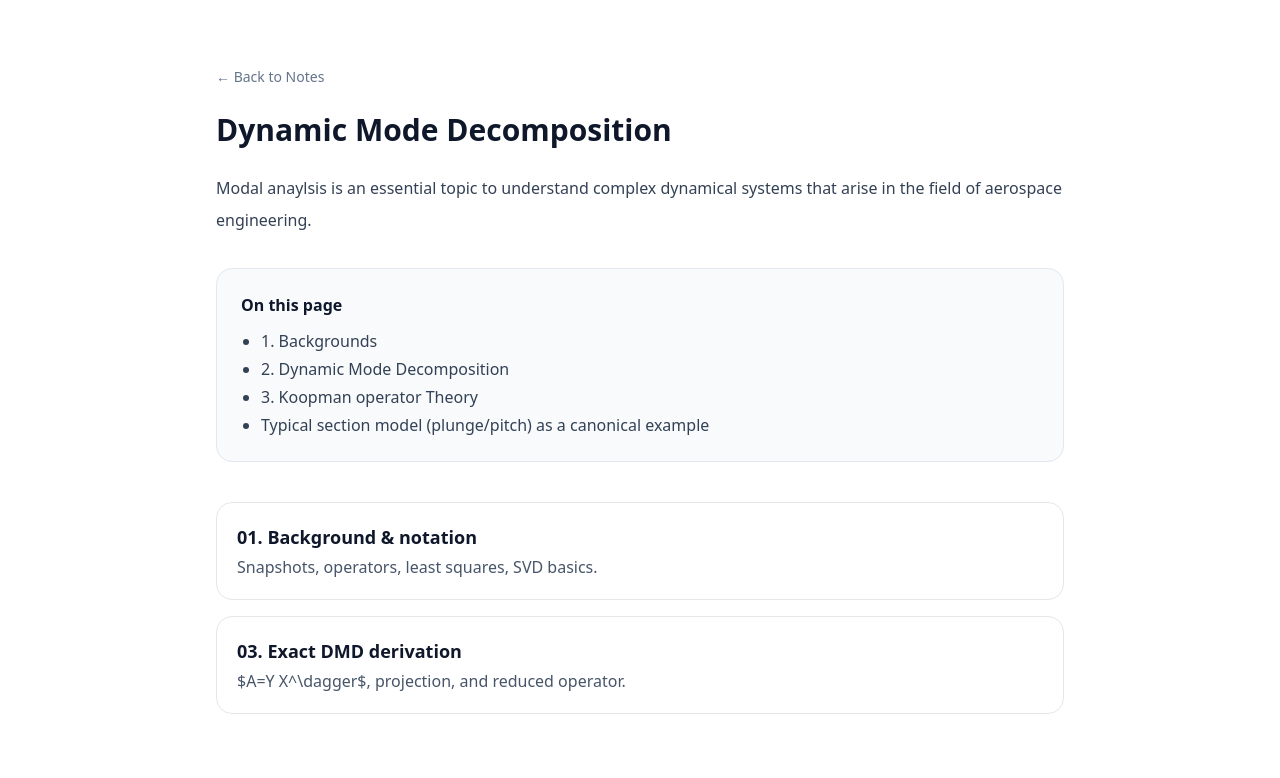
Repository: JWS625/JWS625.github.io
Page: notes/modal_analysis/index.html
These files come from the project's save history. The page is drawn as it stood at one moment and after the next save; the edit follows.
The browser window is 1280 px wide. The pictures show the whole page.
Some web libraries are served in a nearby version.

Above is the page before, as saved 2026-02-20 18:00:32.

### notes/modal_analysis/index.html
<!doctype html>
<html>
<head>
    <meta charset="utf-8">
    <meta name="viewport" content="width=device-width,initial-scale=1">
    <title>Modal Analysis | Research Notes</title>
    <script src="https://cdn.tailwindcss.com"></script>
</head>
<body class="bg-white text-slate-900">
<div class="max-w-4xl mx-auto px-6 py-16">

  <a href="../index.html" class="text-sm text-slate-500 hover:text-black">← Back to Notes</a>

  <h1 class="text-3xl font-semibold mt-6">Dynamic Mode Decomposition</h1>
  <p class="mt-6 leading-8 text-slate-700">
    Modal anaylsis is an essential topic to understand complex dynamical systems that arise in the field of aerospace
    engineering.
    </p>

    <!-- Quick outline -->
    <div class="mt-8 rounded-2xl border border-slate-200 p-6 bg-slate-50">
      <p class="font-semibold">On this page</p>
      <ul class="mt-3 list-disc pl-5 text-slate-700 space-y-1">
        <li>1. Backgrounds</li>
        <li>2. Dynamic Mode Decomposition</li>
        <li>3. Koopman operator Theory</li>
        <li>Typical section model (plunge/pitch) as a canonical example</li>
      </ul>
    </div>
  <!-- <p class="mt-4 text-slate-700 leading-8">
    A structured set of notes on modal analysis, DMD, its variants, focusing on formulation, numerics, and interpretation.
  </p> -->

  <div class="mt-10 space-y-4">
    <a href="01_background.html" class="block p-5 border rounded-2xl hover:bg-slate-50">
      <h2 class="text-lg font-semibold">01. Background & notation</h2>
      <p class="mt-1 text-slate-600">Snapshots, operators, least squares, SVD basics.</p>
    </a>

    <a href="03_exact_dmd.html" class="block p-5 border rounded-2xl hover:bg-slate-50">
      <h2 class="text-lg font-semibold">03. Exact DMD derivation</h2>
      <p class="mt-1 text-slate-600">$A=Y X^\dagger$, projection, and reduced operator.</p>
    </a>
  </div>

</div>
</body>
</html>

After the next save:
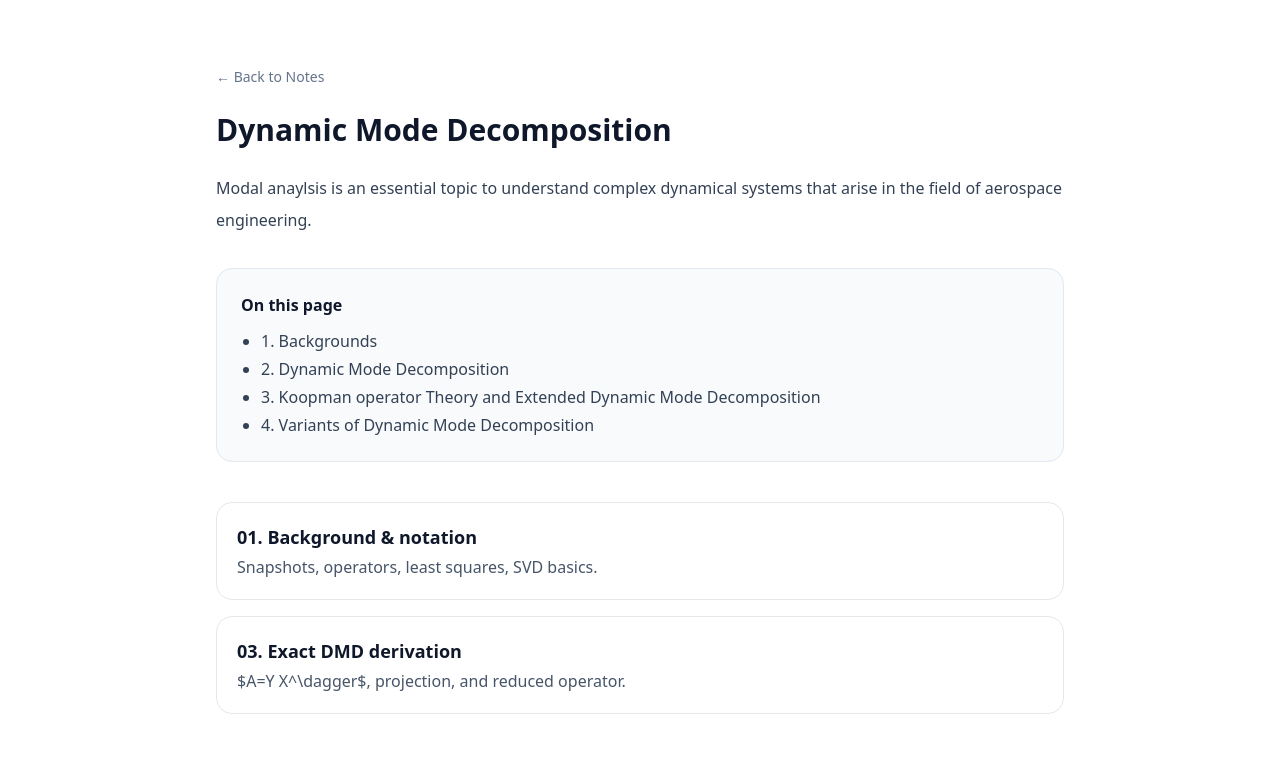
Saved 69 s later.
--- a/notes/modal_analysis/index.html
+++ b/notes/modal_analysis/index.html
@@ -23,8 +23,8 @@
       <ul class="mt-3 list-disc pl-5 text-slate-700 space-y-1">
         <li>1. Backgrounds</li>
         <li>2. Dynamic Mode Decomposition</li>
-        <li>3. Koopman operator Theory</li>
-        <li>Typical section model (plunge/pitch) as a canonical example</li>
+        <li>3. Koopman operator Theory and Extended Dynamic Mode Decomposition</li>
+        <li>4. Variants of Dynamic Mode Decomposition</li>
       </ul>
     </div>
   <!-- <p class="mt-4 text-slate-700 leading-8">
